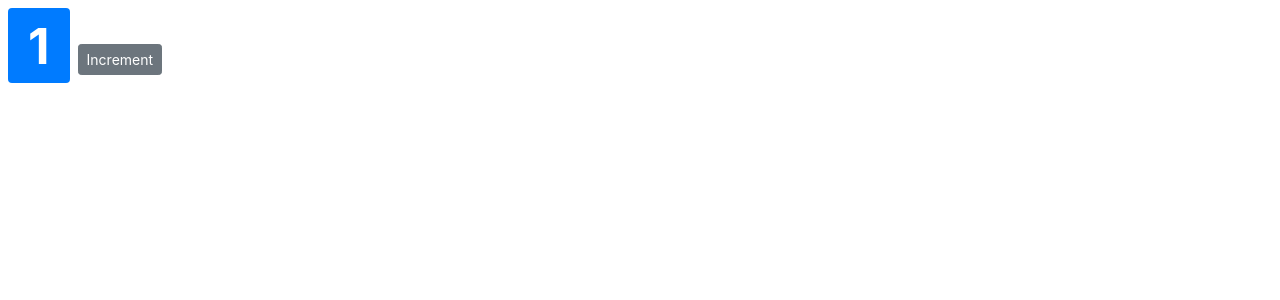
Repository: NikhilSurani/counter-app
Page: /
The author's editor kept a copy of each file at every save. The page is drawn from the files as they stood at one save, then again after the next save.
The browser window is 1280 px wide. The pictures show the whole page.
The project was rebuilt for these pictures with package versions that can differ from the ones it lists, and the page was loaded fresh each time.

Above is the page before, as saved 2018-12-28 18:54:13.

After the next save:
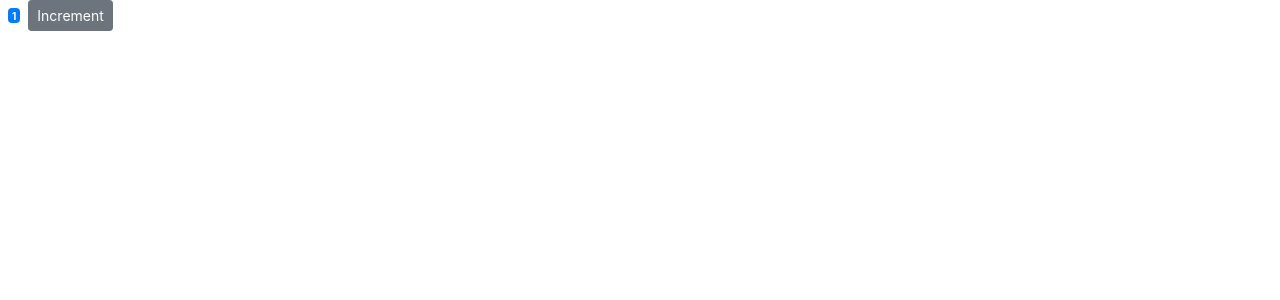
Saved 16 s later.
--- a/src/components/counter.jsx
+++ b/src/components/counter.jsx
@@ -11,7 +11,7 @@ class Counter extends Component {
   render() {
     return (
       <React.Fragment>
-        <span style={{ fontSize: 50 }} className={this.getBadgeClasses()}>
+        <span style={{ fontSize: 10 }} className={this.getBadgeClasses()}>
           {this.formatCount()}
         </span>
         <button className="btn btn-secondary btn-sm">Increment</button>
